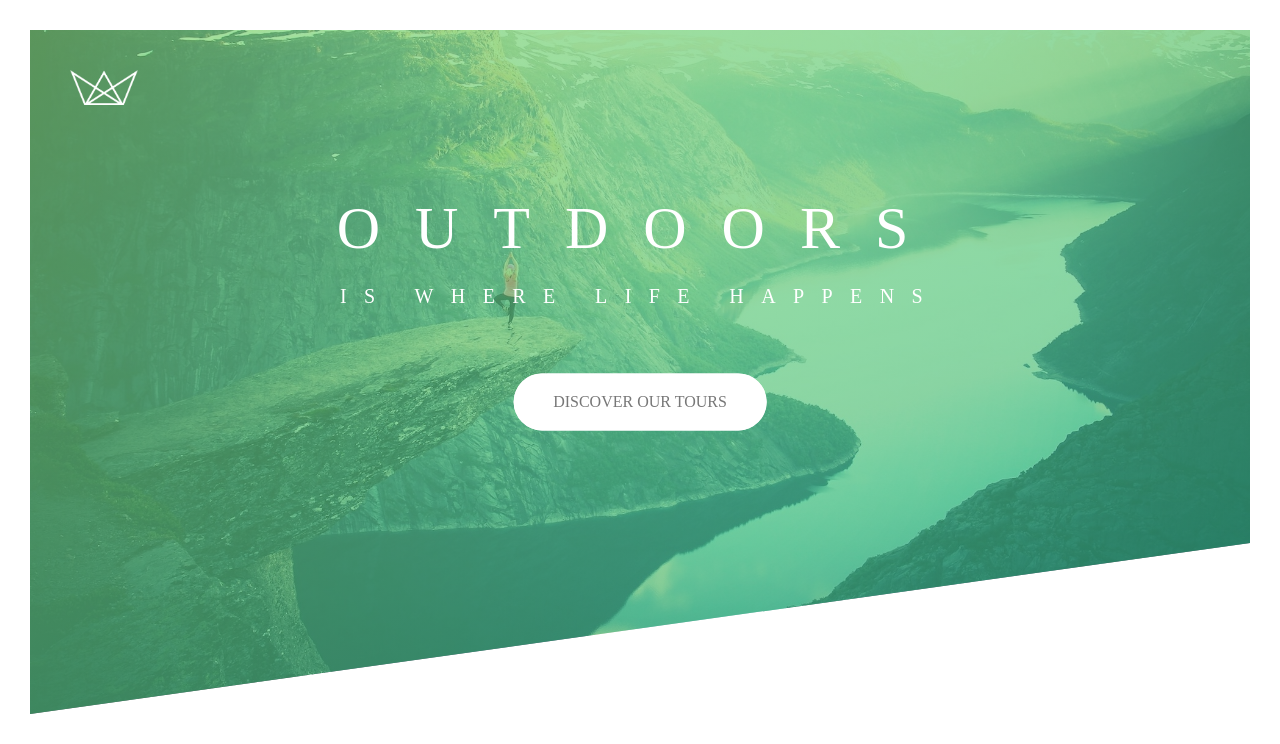
Repository: mohamediyas/cssFloat
Page: index.html
An editor plug-in stored every save of this project. The page is shown before and after the next save, followed by the edit.
The browser window is 1280 px wide. The pictures show the whole page.

Above is the page before, as saved 2022-06-21 12:57:30.

After the next save:
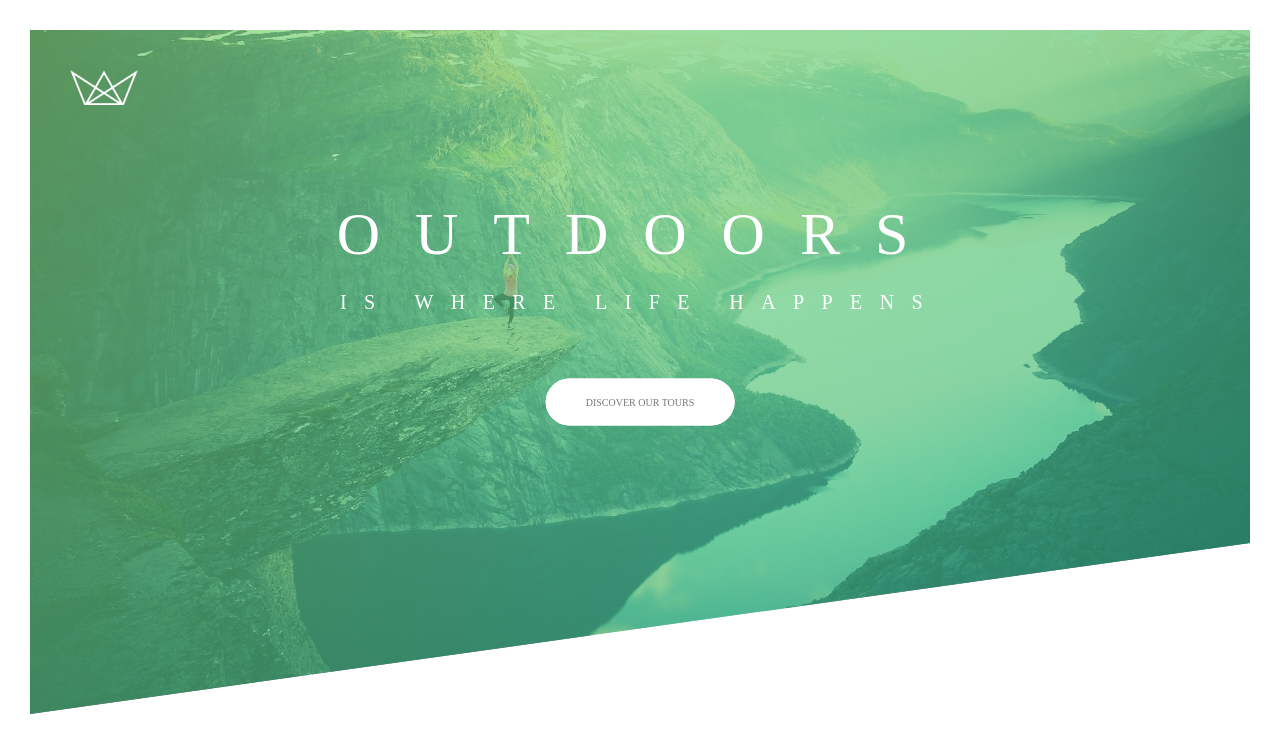
Saved 15 s later.
--- a/css/style.css
+++ b/css/style.css
@@ -22,7 +22,7 @@
 body {
   font-family: "Lato" sans-serif;
   font-weight: 400;
-  font-size: 16px;
+  /* font-size: 16px; */
   line-height: 1.7;
   color: #777;
   padding: 30px;

After the 5 saves that followed:
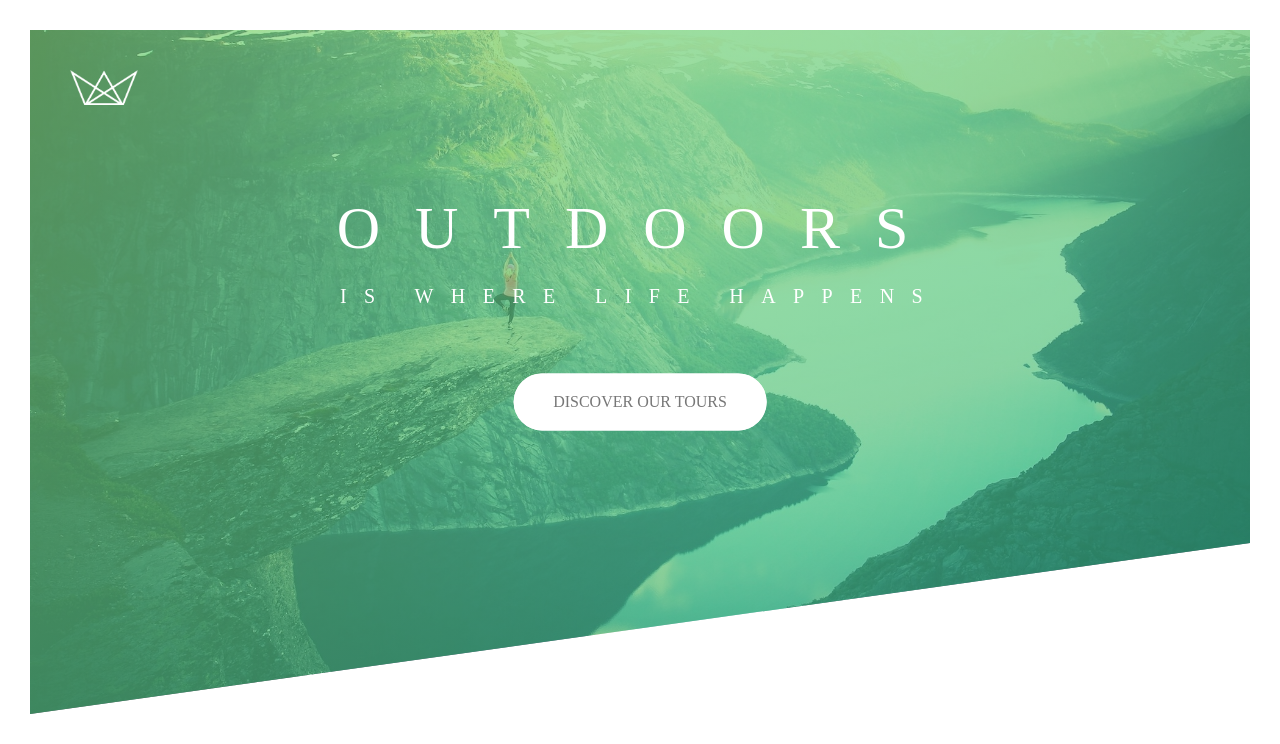
The 5 saves are shown as one change because 4 left the picture as it was.
The last was saved 5 min 21 s later.
--- a/css/style.css
+++ b/css/style.css
@@ -25,7 +25,7 @@
   /* font-size: 16px; */
   line-height: 1.7;
   color: #777;
-  padding: 30px;
+  padding: 3rem;
 }
 
 /* header */
@@ -42,12 +42,12 @@
 
 .logo-box {
   position: absolute;
-  top: 40px;
-  left: 40px;
+  top: 4rem;
+  left: 4rem;
 }
 
 .logo {
-  height: 35px;
+  height: 3.5rem;
 }
 
 .text-box {
@@ -62,14 +62,14 @@
   color: #fff;
   text-transform: uppercase;
   backface-visibility: hidden;
-  margin-bottom: 60px;
+  margin-bottom: 6rem;
 }
 
 .heading-primary-main {
   display: block;
-  font-size: 60px;
+  font-size: 6rem;
   font-weight: 400;
-  letter-spacing: 35px;
+  letter-spacing: 3.5rem;
   animation-name: moveInLeft;
   animation-duration: 2s;
 
@@ -84,20 +84,20 @@
 
 .heading-primary-sub {
   display: block;
-  font-size: 20px;
+  font-size: 2rem;
   font-weight: 400;
-  letter-spacing: 17.4px;
+  letter-spacing: 1.74rem;
   animation: moveInRight 2s ease-out;
 }
 
 @keyframes moveInLeft {
   0% {
     opacity: 0;
-    transform: translateX(-100px);
+    transform: translateX(-10rem);
   }
 
   80% {
-    transform: rotateX(10px);
+    transform: rotateX(1rem);
   }
 
   100% {
@@ -109,11 +109,11 @@
 @keyframes moveInRight {
   0% {
     opacity: 0;
-    transform: translateX(100px);
+    transform: translateX(10rem);
   }
 
   80% {
-    transform: rotateX(-10px);
+    transform: rotateX(-1rem);
   }
 
   100% {
@@ -125,7 +125,7 @@
 @keyframes moveInButton {
   0% {
     opacity: 0;
-    transform: translateY(30px);
+    transform: translateY(3rem);
   }
 
   100% {
@@ -138,11 +138,12 @@
 .btn:visited {
   text-transform: uppercase;
   text-decoration: none;
-  padding: 15px 40px;
+  padding: 1.5rem 4rem;
   display: inline-block;
-  border-radius: 100px;
+  border-radius: 10rem;
   transition: all 0.2s;
   position: relative;
+  font-size: 1.6rem;
 }
 
 .btn:hover {
@@ -165,7 +166,7 @@
   display: inline-block;
   height: 100%;
   width: 100%;
-  border-radius: 100px;
+  border-radius: 10rem;
   position: absolute;
   top: 0;
   left: 0;
